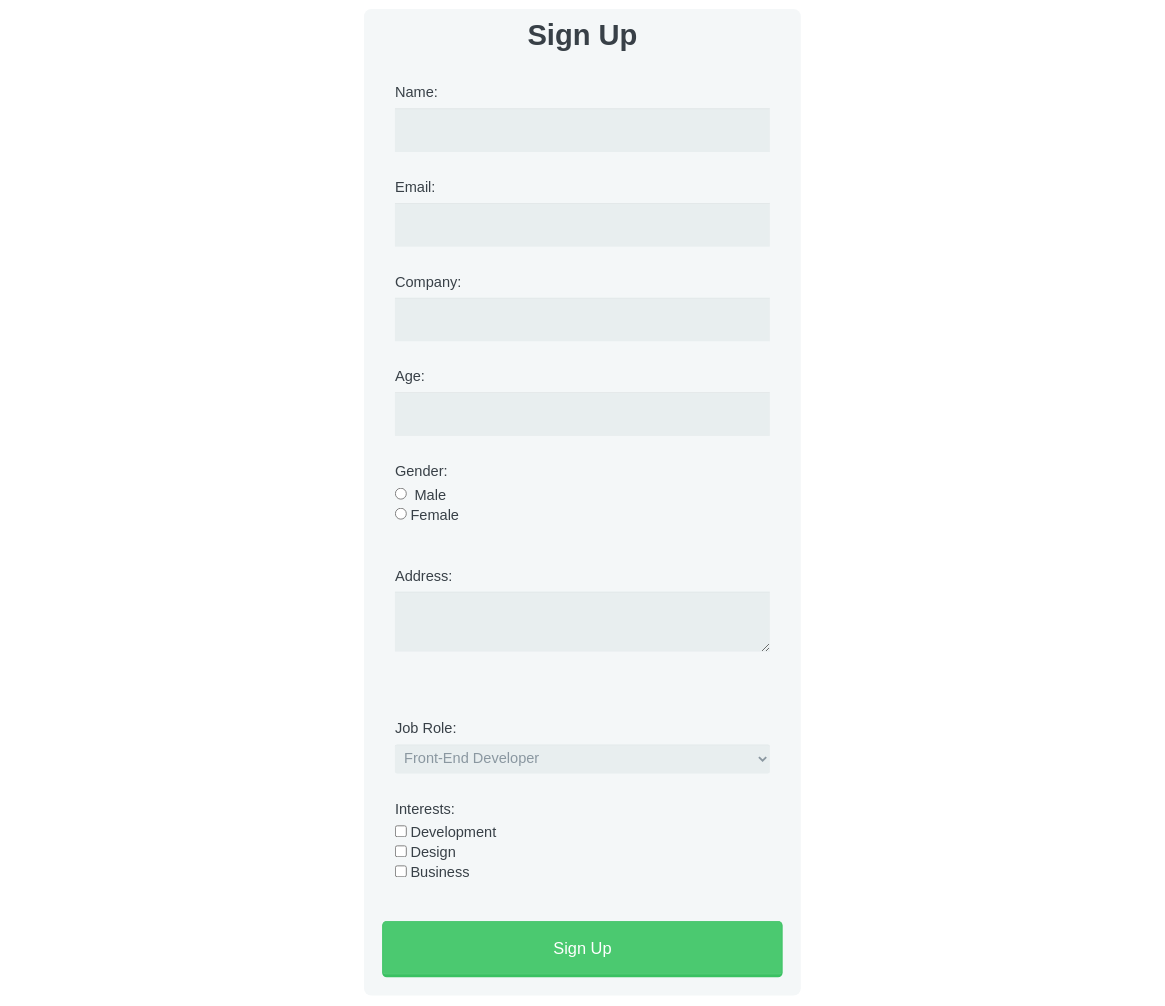
Repository: sunil965/JDBC-Servlet-JSP
Page: http://localhost/JspRegistrationTask/employee.jsp
These files come from the project's save history. The page is drawn as it stood at one moment and after the next save; the edit follows.
The browser window is 1280 px wide. The pictures show the whole page, at 91% of full size.
The page is served by Tomcat 9.

Above is the page before, as saved 2017-05-04 10:49:18.

After the next save:
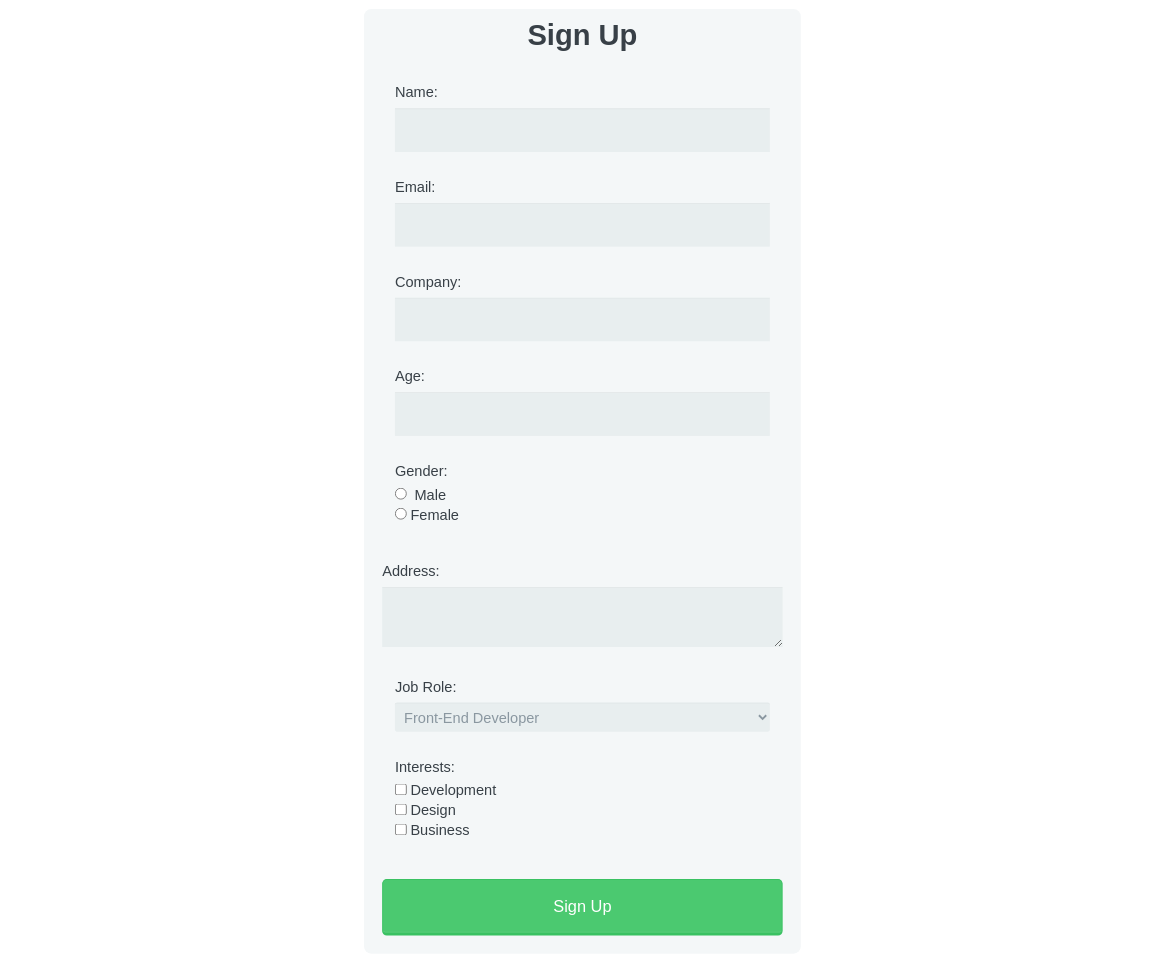
Saved 48 s later.
--- a/JspRegistrationTask/WebContent/employee.jsp
+++ b/JspRegistrationTask/WebContent/employee.jsp
@@ -233,10 +233,10 @@ label.light {
           <input type="radio" id="female" value="female" name="female"><label for="over_13" class="light">Female</label>
         </fieldset>
 
-        <fieldset>
+
           <label for="bio">Address:</label>
           <textarea id="bio" name="user_bio"></textarea>
-        </fieldset>
+
         <fieldset>
         <label for="job">Job Role:</label>
         <select id="job" name="user_job">
